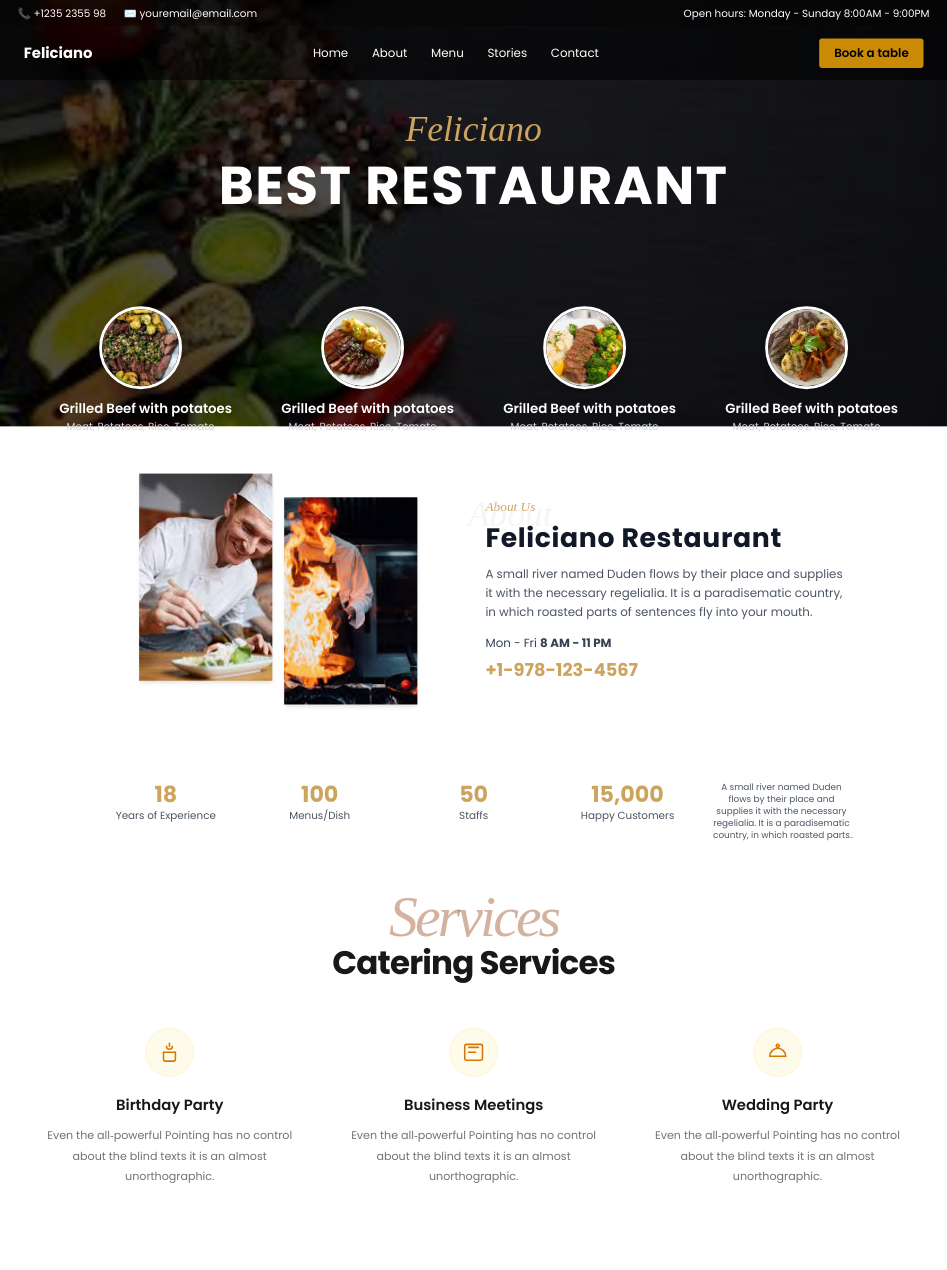
Repository: Purniagithub/Benttacproject
Page: /
The author's editor kept a copy of each file at every save. The page is drawn from the files as they stood at one save, then again after the next save.
The browser window is 1280 px wide. The pictures show the whole page, at 74% of full size.
Some web fonts or font styles are not loaded; a fallback is used. The project was rebuilt for these pictures with package versions that can differ from the ones it lists, and the page was loaded fresh each time. Also part of the build but not shown: vite.config.js.

Above is the page before, as saved 2025-08-21 17:52:39.

### index.html
<!doctype html>
<html lang="en">
  <head>
    <meta charset="UTF-8" />
    <link rel="icon" type="image/svg+xml" href="/vite.svg" />
    <link href="https://fonts.googleapis.com/css2?family=Playfair+Display:ital,wght@1,500&family=Poppins:wght@400;600;700&display=swap" rel="stylesheet">

    <meta name="viewport" content="width=device-width, initial-scale=1.0" />
    <title>Vite + React</title>
  </head>
  <body>
    <div id="root"></div>
    <script type="module" src="/src/main.jsx"></script>
  </body>
</html>

### src/App.jsx
import React from "react";
import Navbar from "./components/Navbar";
import Hero from "./components/Hero";

function App() {
  return (
    <div className="font-poppins">
      <Navbar />
      <Hero />
    </div>
  );
}

export default App;

### src/components/Navbar.jsx
import React from "react";

const Navbar = () => {
  return (
    <header className="absolute top-0 left-0 w-full z-50">
      {/* Top bar */}
      <div className="flex justify-between items-center bg-black bg-opacity-70 text-white text-sm px-6 py-2">
        <div className="flex space-x-6">
          <span>📞 +1235 2355 98</span>
          <span>✉️ youremail@email.com</span>
        </div>
        <span>Open hours: Monday - Sunday 8:00AM - 9:00PM</span>
      </div>

      {/* Main Navbar */}
      <nav className="flex justify-between items-center bg-black bg-opacity-60 text-white px-8 py-4">
        <h1 className="text-xl font-bold">Feliciano</h1>
        <ul className="flex space-x-8 font-medium">
          <li><a href="#" className="hover:text-yellow-400">Home</a></li>
          <li><a href="#" className="hover:text-yellow-400">About</a></li>
          <li><a href="#" className="hover:text-yellow-400">Menu</a></li>
          <li><a href="#" className="hover:text-yellow-400">Stories</a></li>
          <li><a href="#" className="hover:text-yellow-400">Contact</a></li>
        </ul>
        <button className="bg-yellow-600 hover:bg-yellow-700 px-5 py-2 rounded text-black font-semibold">
          Book a table
        </button>
      </nav>
    </header>
  );
};

export default Navbar;

### src/components/Hero.jsx
import React from "react";
import AboutSection from "../components/AboutSection";
import CateringServices from "./CateringServices";

const dishes = [
  { id: 1, name: "Grilled Beef with potatoes", desc: "Meat, Potatoes, Rice, Tomato", img: "/dish-1.jpeg" },
  { id: 2, name: "Grilled Beef with potatoes", desc: "Meat, Potatoes, Rice, Tomato", img: "/dish-2.jpeg" },
  { id: 3, name: "Grilled Beef with potatoes", desc: "Meat, Potatoes, Rice, Tomato", img: "/dish-3.jpeg" },
  { id: 4, name: "Grilled Beef with potatoes", desc: "Meat, Potatoes, Rice, Tomato", img: "/dish-4.jpeg" },
];

const Hero = () => {
  return (
    <>
    <section
      className="relative h-[80vh] bg-cover bg-center flex flex-col justify-center items-center text-white px-4"
      style={{ backgroundImage: "url('/img-4.jpeg')" }}
    >
      {/* Dark overlay */}
      <div className="absolute inset-0 bg-black/70"></div>

      {/* Headings */}
      <div className="relative z-10 text-center mt-20 md:mt-32 lg:mt-40">
        <h2 className="text-3xl md:text-4xl lg:text-5xl font-serif italic text-[#CDA45E]">
          Feliciano
        </h2>
        <h1 className="text-4xl md:text-5xl lg:text-7xl font-extrabold tracking-wide mt-3 md:mt-4 uppercase">
          Best Restaurant
        </h1>
      </div>

      {/* Dish Cards */}
      <div className="relative z-10 grid grid-cols-1 sm:grid-cols-2 md:grid-cols-4 gap-10 md:gap-16 lg:gap-20 mt-16 md:mt-24 lg:mt-32">
        {dishes.map((dish) => (
          <div key={dish.id} className="text-center max-w-[220px] mx-auto">
            <img
              src={dish.img}
              alt={dish.name}
              className="w-24 h-24 md:w-28 md:h-28 object-cover rounded-full mx-auto border-4 border-white shadow-lg"
            />
            <h3 className="mt-3 font-semibold text-base md:text-lg whitespace-nowrap">
              {dish.name}
            </h3>
            <p className="text-xs md:text-sm text-gray-300">{dish.desc}</p>
          </div>
        ))}
      </div>
    </section>
     {/* Other sections */}
     <AboutSection />
     <CateringServices />
</>
  );
};

export default Hero;

### src/components/AboutSection.jsx
// src/components/AboutSection.jsx
import React from "react";

export default function AboutSection() {
  return (
    <section className="w-full bg-white py-16">
      <div className="max-w-5xl mx-auto text-center">
        {/* Top Grid (Images + Content) */}
        <div className="grid grid-cols-1 lg:grid-cols-2 gap-8 items-center">
          {/* Left Images */}
          <div className="flex justify-center gap-4">
            <img
              src="/chef-1.jpeg"
              alt="Chef serving"
              className="shadow-md object-cover h-[280px] w-[180px]"
            />
            <img
              src="/chef-5.jpeg"
              alt="Cooking food"
              className="shadow-md object-cover h-[280px] w-[180px] mt-8"
            />
          </div>

          {/* Right Content */}
          <div className="text-left lg:text-left">
            <h3 className="text-lg font-serif italic text-[#CDA45E] relative mb-2">
              <span className="absolute -left-6 top-0 text-5xl text-gray-200 opacity-40">
                About
              </span>
              About Us
            </h3>
            <h2 className="text-4xl font-bold text-gray-900 mb-4 tracking-wide">
              Feliciano Restaurant
            </h2>
            <p className="text-gray-600 mb-4 leading-relaxed">
              A small river named Duden flows by their place and supplies it
              with the necessary regelialia. It is a paradisematic country, in
              which roasted parts of sentences fly into your mouth.
            </p>

            <p className="text-gray-700 mb-2">
              Mon - Fri <span className="font-bold">8 AM - 11 PM</span>
            </p>
            <p className="text-2xl font-bold text-[#CDA45E]">
              +1-978-123-4567
            </p>
          </div>
        </div>

        {/* Stats Section */}
        <div className="grid grid-cols-2 sm:grid-cols-5 gap-4 mt-16 pt-10">
          <div className="text-center">
            <h4 className="text-3xl font-bold text-[#CDA45E]">18</h4>
            <p className="text-sm text-gray-600">Years of Experience</p>
          </div>
          <div className="text-center">
            <h4 className="text-3xl font-bold text-[#CDA45E]">100</h4>
            <p className="text-sm text-gray-600">Menus/Dish</p>
          </div>
          <div className="text-center">
            <h4 className="text-3xl font-bold text-[#CDA45E]">50</h4>
            <p className="text-sm text-gray-600">Staffs</p>
          </div>
          <div className="text-center">
            <h4 className="text-3xl font-bold text-[#CDA45E]">15,000</h4>
            <p className="text-sm text-gray-600">Happy Customers</p>
          </div>
          <div className="text-center text-xs line-clamp-5">
            <p className="text-xs text-gray-600">A small river named Duden flows by their place and supplies it
              with the necessary regelialia. It is a paradisematic country, in
              which roasted parts of sentences fly into your mouth.</p>
          </div>
        </div>
      </div>
    </section>
  );
}

### src/components/CateringServices.jsx
import React from "react";

function IconCake(props) {
  return (
    <svg viewBox="0 0 24 24" aria-hidden="true" {...props}>
      <g fill="none" stroke="currentColor" strokeWidth="1.6" strokeLinecap="round" strokeLinejoin="round">
        <path d="M12 3v3" />
        <path d="M9 6a3 3 0 1 0 6 0" />
        <path d="M6 12h12" />
        <path d="M6 12v7a2 2 0 0 0 2 2h8a2 2 0 0 0 2-2v-7" />
      </g>
    </svg>
  );
}

function IconMeeting(props) {
  return (
    <svg viewBox="0 0 24 24" aria-hidden="true" {...props}>
      <g fill="none" stroke="currentColor" strokeWidth="1.6" strokeLinecap="round" strokeLinejoin="round">
        <path d="M7 7h10M7 12h7" />
        <path d="M3 18a2 2 0 0 0 2 2h14a2 2 0 0 0 2-2V6a2 2 0 0 0-2-2H5a2 2 0 0 0-2 2z" />
      </g>
    </svg>
  );
}

function IconCloche(props) {
  return (
    <svg viewBox="0 0 24 24" aria-hidden="true" {...props}>
      <g fill="none" stroke="currentColor" strokeWidth="1.6" strokeLinecap="round" strokeLinejoin="round">
        <path d="M12 7a1.5 1.5 0 1 0 0-3 1.5 1.5 0 0 0 0 3z" />
        <path d="M4 16a8 8 0 1 1 16 0" />
        <path d="M4 16h16" />
      </g>
    </svg>
  );
}

const cards = [
  {
    title: "Birthday Party",
    text:
      "Even the all‑powerful Pointing has no control about the blind texts it is an almost unorthographic.",
    Icon: IconCake,
  },
  {
    title: "Business Meetings",
    text:
      "Even the all‑powerful Pointing has no control about the blind texts it is an almost unorthographic.",
    Icon: IconMeeting,
  },
  {
    title: "Wedding Party",
    text:
      "Even the all‑powerful Pointing has no control about the blind texts it is an almost unorthographic.",
    Icon: IconCloche,
  },
];

export default function CateringServices({
  id = "services",
  heading = "Catering Services",
  accent = "Services",
}) {
  return (
    <section id={id} className="relative isolate bg-white py-24 sm:py-28">
      {/* Accent word behind heading */}
      <div aria-hidden className="pointer-events-none absolute inset-x-0 -top-1 sm:top-0 text-center">
        <span className="select-none font-serif italic tracking-tighter text-amber-800/40 text-7xl sm:text-8xl md:text-[78px] leading-none">
          {accent}
        </span>
      </div>

      <div className="mx-auto max-w-[1200px] px-4 -mt-11">
        {/* Main heading */}
        <h2 className="text-center text-[34px] sm:text-[38px] md:text-[44px] font-extrabold tracking-tight text-zinc-900">
          {heading}
        </h2>

        {/* Cards */}
        <div className="mt-14 grid grid-cols-1 md:grid-cols-3 gap-12 md:gap-16">
          {cards.map(({ title, text, Icon }) => (
            <article key={title} className="text-center">
              <div className="mx-auto mb-6 flex h-16 w-16 items-center justify-center rounded-full bg-amber-50 ring-1 ring-amber-100 text-amber-600">
                <Icon className="h-8 w-8" />
              </div>
              <h3 className="text-[20px] font-semibold text-zinc-900">{title}</h3>
              <p className="mt-3 mx-auto max-w-[340px] text-[15px] leading-7 text-zinc-500">
                {text}
              </p>
            </article>
          ))}
        </div>
      </div>
    </section>
  );
}

### tailwind.config.js
/** @type {import('tailwindcss').Config} */
export default {
  content: ["./index.html",
    "./src/**/*.{js,ts,jsx,tsx}",],
  theme: {
    extend: {fontFamily: {
      sans: ['Poppins', 'sans-serif'],
      serif: ['Playfair Display', 'serif'],
    },
    colors: {
      gold: "#CDA45E",
    },},
  },
  plugins: [],
}

Loaded but not shown: src/main.jsx (common file); src/index.css (common file)

After the next save:
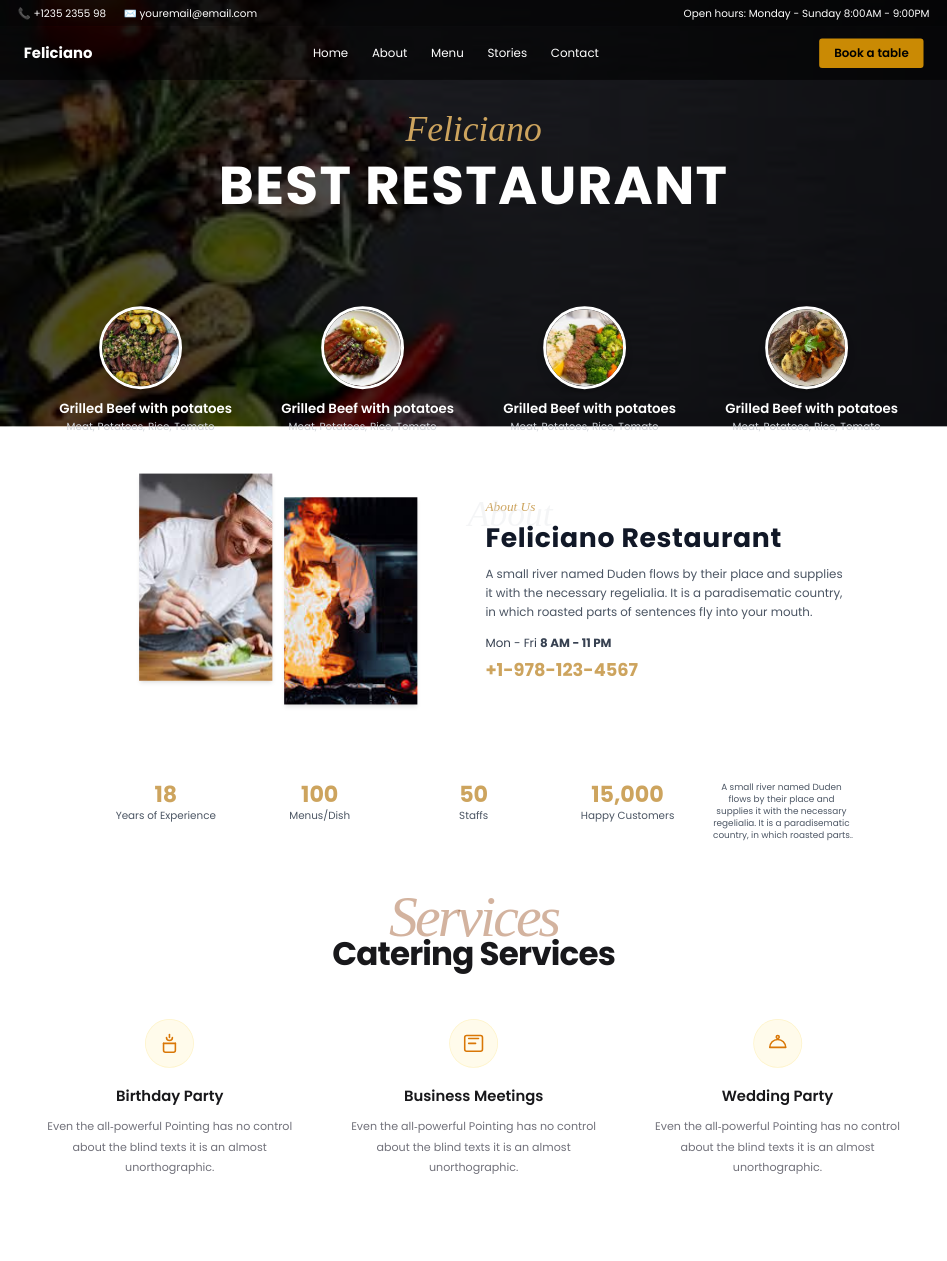
Saved 8 s later.
--- a/src/components/CateringServices.jsx
+++ b/src/components/CateringServices.jsx
@@ -71,7 +71,7 @@ export default function CateringServices({
         </span>
       </div>
 
-      <div className="mx-auto max-w-[1200px] px-4 -mt-11">
+      <div className="mx-auto max-w-[1200px] px-4 -mt-14">
         {/* Main heading */}
         <h2 className="text-center text-[34px] sm:text-[38px] md:text-[44px] font-extrabold tracking-tight text-zinc-900">
           {heading}
